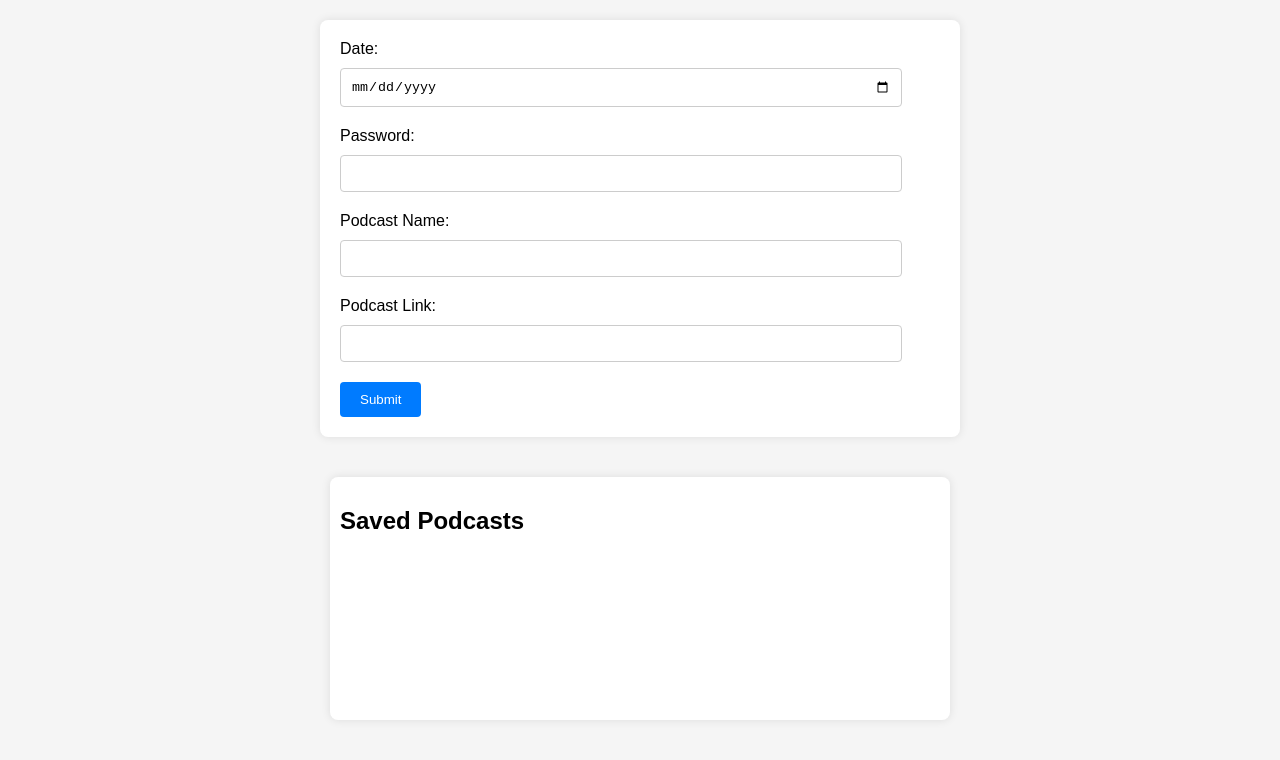
Repository: fechinmitchell/thedailyonepercent
Page: form.html
The author's editor kept a copy of each file at every save. The page is drawn from the files as they stood at one save, then again after the next save.
The browser window is 1280 px wide. The pictures show the whole page.

Above is the page before, as saved 2023-06-22 20:20:51.

### form.html
<!DOCTYPE html>
<html>
<head>
  <link rel="stylesheet" type="text/css" href="popup.css">
</head>
<body>
  <div id="podcast-form-wrapper">
    <form id="podcast-form">
      <label for="date">Date:</label>
      <input type="date" id="date" name="date" required>

      <label for="password">Password:</label>
      <input type="password" id="password" name="password" required>

      <label for="podcastName">Podcast Name:</label>
      <input type="text" id="podcastName" name="podcastName" required>

      <label for="podcastLink">Podcast Link:</label>
      <input type="text" id="podcastLink" name="podcastLink" required>

      <button type="button" id="submit">Submit</button>
    </form>
  </div>
  <div id="podcast-list">
    <h2>Saved Podcasts</h2>
    <ul id="podcast-list-items">
      <!-- Podcast items will be appended here -->
    </ul>
  </div>
  <script src="form.js"></script>
</body>
</html>

### popup.css
body {
  background-color: #f5f5f5;
  font-family: Arial, sans-serif;
  display: flex;
  justify-content: flex-start; /* align items at the start */
  align-items: center;
  height: 100vh;
  margin: 0;
  flex-direction: column; /* arrange items vertically */
  padding: 20px; /* add some padding around the whole body */
  overflow: auto; /* allow scrolling on the whole body if needed */
}

#header {
  display: flex;
  justify-content: center;
  align-items: center;
  margin-bottom: 20px;
}

#header-image {
  margin-right: 10px;
}

#podcast-form-wrapper, #podcast-list {
  background-color: white;
  padding: 20px;
  border-radius: 8px;
  box-shadow: 0px 0px 10px rgba(0,0,0,0.1);
  width: 80%;
  max-width: 600px;
  margin-bottom: 20px; /* add some space between the form and the list */
}

#podcast-form label {
  display: block;
  margin-bottom: 10px;
}

#podcast-form input {
  width: 90%;
  padding: 10px;
  margin-bottom: 20px;
  border-radius: 4px;
  border: 1px solid #ccc;
}

#podcast-form button {
  background-color: #007BFF;
  color: white;
  border: none;
  border-radius: 4px;
  padding: 10px 20px;
  cursor: pointer;
}

#podcast-form button:hover {
  background-color: #0056b3;
}

#logo {
  width: 50px; /* Adjust this to change the size of the logo */
}

#podcast-list {
  margin-top: 20px;
  padding: 10px;
  height: 50vh; /* Adjust this to change the height of the podcast list */
  overflow-y: auto; /* Enable vertical scrolling for the podcast list */
}

#podcast-list-items li {
  margin-bottom: 10px;
}

.delete-btn {
  margin-left: 10px;
  color: red;
  cursor: pointer;
}

/* New additions */

#content-wrapper {
  width: 100px;
  display: flex;
  flex-direction: column;
  align-items: center;
  justify-content: space-between;
}

#podcast-card {
  width: 100%;
  height: 60px;
  display: flex;
  flex-direction: column;
  align-items: center;
  justify-content: space-between;
}

#logo {
  width: 100px;
  height: auto;
}

### form.js
function loadPodcasts() {
    var podcastList = document.getElementById('podcast-list-items');
    podcastList.innerHTML = '';  // clear the list

    // load all saved podcasts from local storage
    for (var i = 0; i < localStorage.length; i++) {
        var key = localStorage.key(i);
        var podcast = JSON.parse(localStorage.getItem(key));

        var li = document.createElement('li');
        li.innerText = key + ': ' + podcast.name + ' (' + podcast.link + ')';

        var deleteBtn = document.createElement('span');
        deleteBtn.className = 'delete-btn';
        deleteBtn.innerHTML = '&#10006;'; // X symbol
        deleteBtn.addEventListener('click', deletePodcast.bind(null, key));

        li.appendChild(deleteBtn);
        podcastList.appendChild(li);
    }
}

function deletePodcast(key) {
    localStorage.removeItem(key);
    loadPodcasts(); // Reload the podcast list to reflect the deletion
}

document.getElementById('submit').addEventListener('click', function() {
    var password = document.getElementById('password').value;

    if (password === 'your_password_here') {
        var date = new Date(document.getElementById('date').value);
        var dateString = date.toISOString().slice(0,10); // "YYYY-MM-DD"
        var newPodcastName = document.getElementById('podcastName').value;
        var newPodcastLink = document.getElementById('podcastLink').value;

        // Use the date as the key instead of the current day of the month
        localStorage.setItem(dateString, JSON.stringify({ name: newPodcastName, link: newPodcastLink }));
        alert("Podcast info saved for " + dateString + "!");

        // Reload the podcast list to include the new podcast
        loadPodcasts();
    } else {
        alert("Invalid password!");
    }
});

// Load the saved podcasts when the page is opened
loadPodcasts();

After the next save:
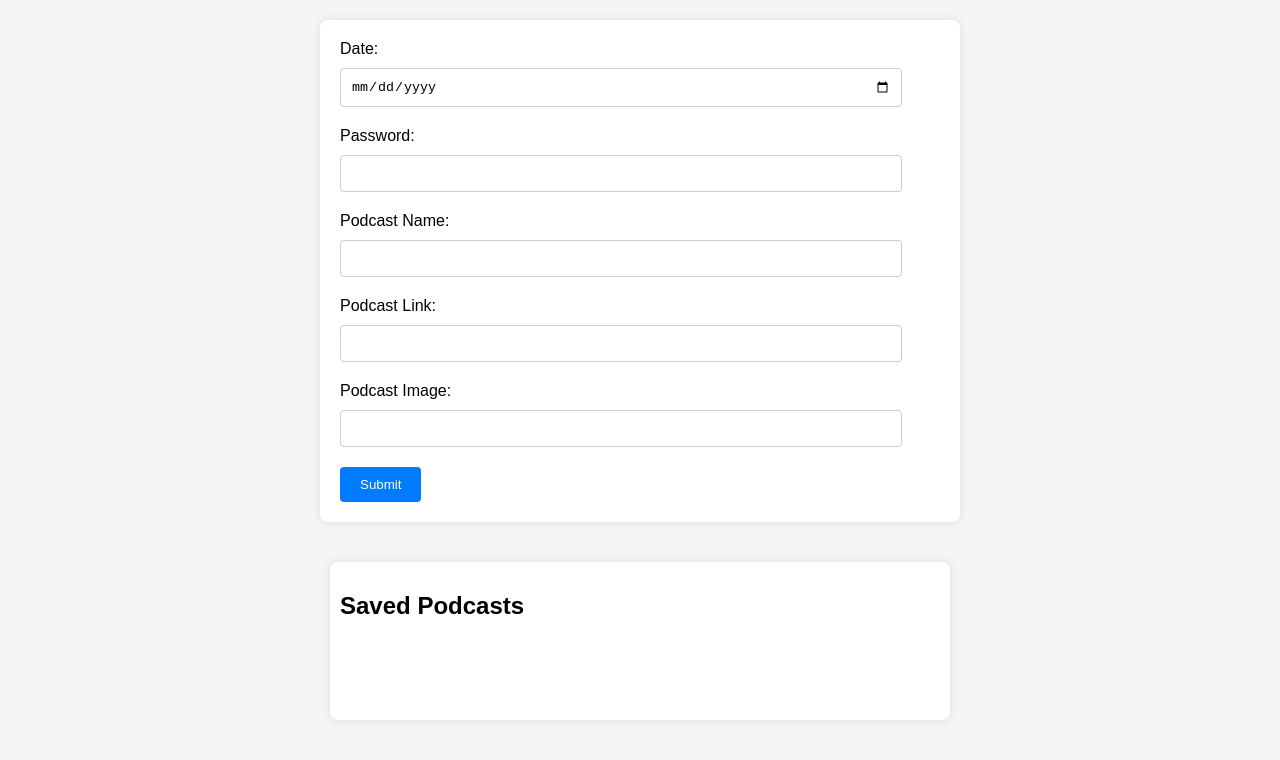
Saved 108 s later.
--- a/form.html
+++ b/form.html
@@ -18,6 +18,9 @@
       <label for="podcastLink">Podcast Link:</label>
       <input type="text" id="podcastLink" name="podcastLink" required>
 
+      <label for="podcastImage">Podcast Image:</label>
+      <input type="text" id="podcastImage" name="podcastImage" required>
+
       <button type="button" id="submit">Submit</button>
     </form>
   </div>
